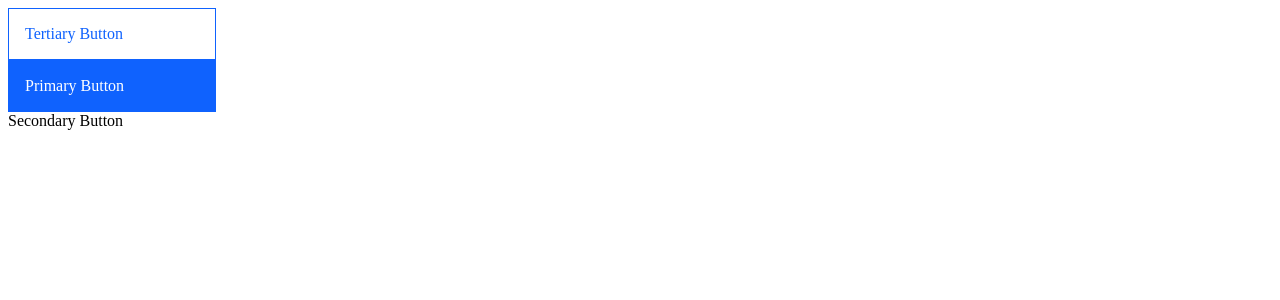
Repository: prav10194/ibm-carbon-components-vanilla
Page: buttons/index.html
An editor plug-in stored every save of this project. The page is shown before and after the next save, followed by the edit.
The browser window is 1280 px wide. The pictures show the whole page.
Some web fonts or font styles are not loaded; a fallback is used.

Above is the page before, as saved 2020-11-12 19:26:55.

After the next save:
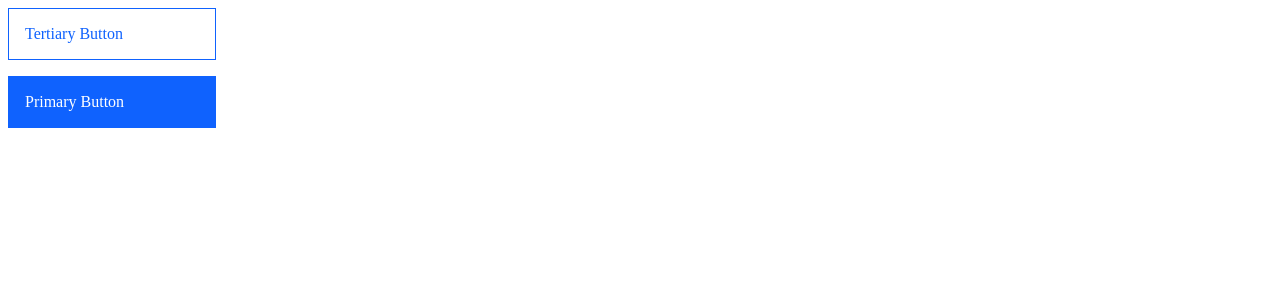
Saved 61 s later.
--- a/buttons/index.html
+++ b/buttons/index.html
@@ -9,11 +9,16 @@
     <link rel="stylesheet" href="./index.css">
     <title>Button examples</title>
 </head>
+<style>
+    .buttondiv > *:not(:first-child) {
+        margin-top: 1rem;
+    }
+</style>
 <body>
     <div class="buttondiv" style="display: flex; flex-direction: column;">
         <div class="tertiary-button">Tertiary Button</div>
         <div class="primary-button">Primary Button</div>
-        <div class="secondary-button">Secondary Button</div>
+        <!-- <div class="secondary-button">Secondary Button</div> -->
     </div>
 </body>
 </html>
